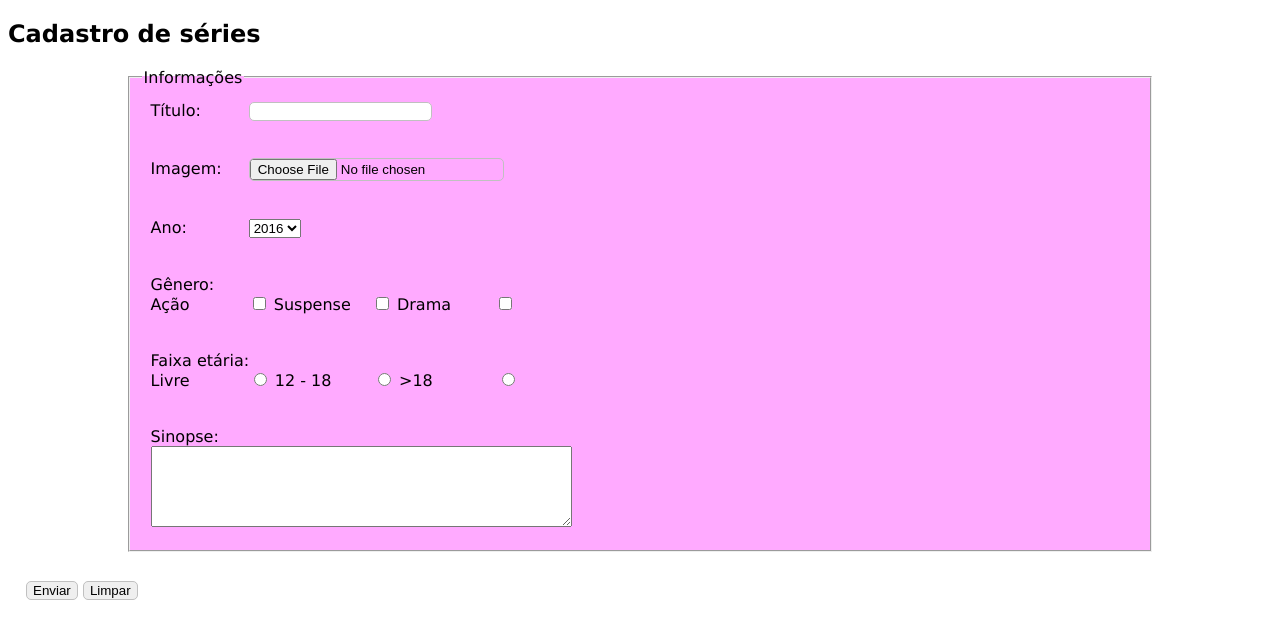
Repository: shamanickCoder/FIAP
Page: Desenvolvimentos de Sistemas Web/1 semestre/Javascript/CSS-AULAS/09-CSS/WebContent/cadastro.html
An editor plug-in stored every save of this project. The page is shown before and after the next save, followed by the edit.
The browser window is 1280 px wide. The pictures show the whole page.

Above is the page before, as saved 2016-03-30 12:03:20.

After the next save:
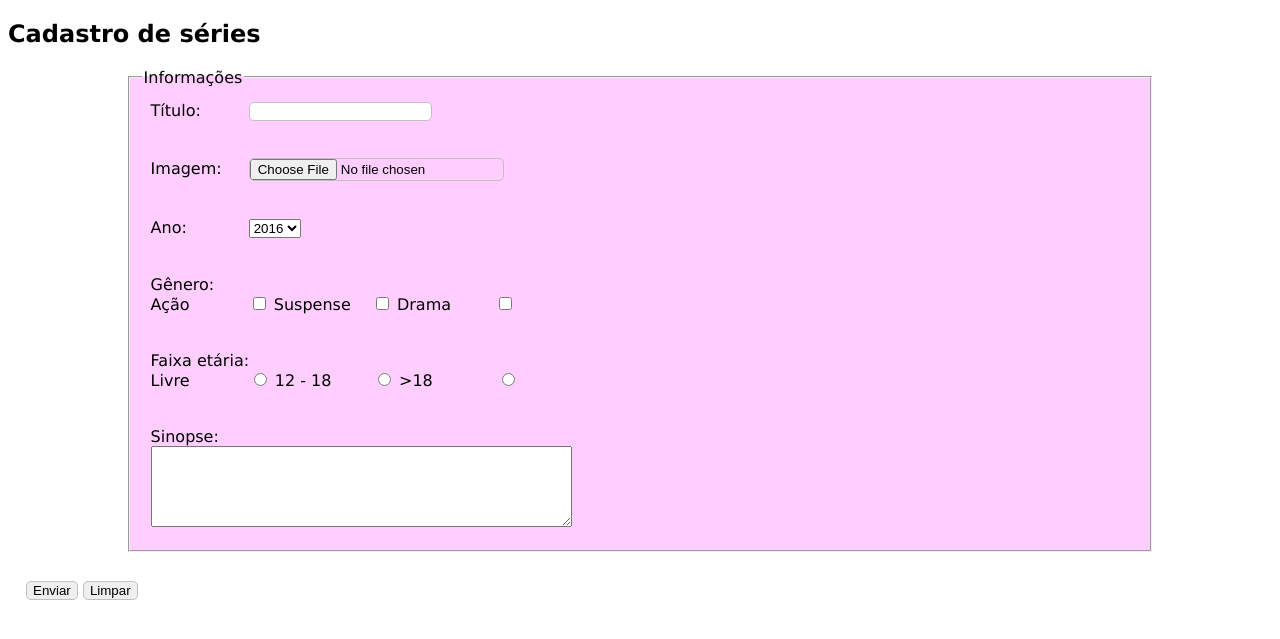
Saved 22 s later.
--- a/Desenvolvimentos de Sistemas Web/1 semestre/Javascript/CSS-AULAS/09-CSS/WebContent/estilo.css
+++ b/Desenvolvimentos de Sistemas Web/1 semestre/Javascript/CSS-AULAS/09-CSS/WebContent/estilo.css
@@ -5,7 +5,7 @@ body {
 	margin: 9px;
 }
 fieldset {
-	background-color: #ffaaff;
+	background-color: #ffceff;
 	width: 80%; /*largura*/
 	margin: auto; /*centralizar*/
 }
